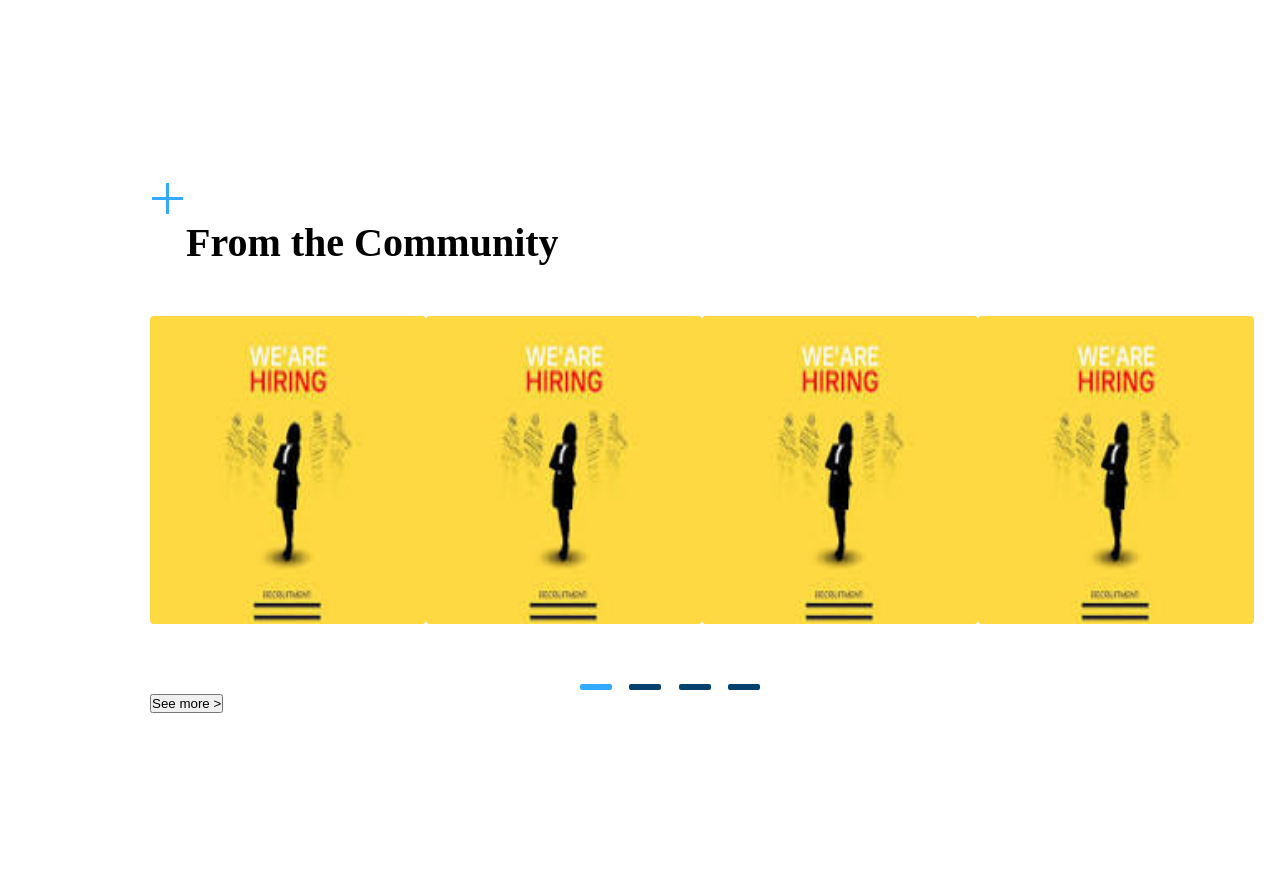
Repository: shekharyadav638/OSL_Assignment_1
Page: index.html
The author's editor kept a copy of each file at every save. The page is drawn from the files as they stood at one save, then again after the next save.
The browser window is 1280 px wide. The pictures show the whole page.
The style sheet was rebuilt from its Sass, Less or Tailwind sources for each picture, by a compiler version that may differ from the author's.

Above is the page before, as saved 2024-07-13 15:39:36.

### index.html
<!DOCTYPE html PUBLIC "-//W3C//DTD HTML 4.01 Transitional//EN" "http://www.w3.org/TR/html4/loose.dtd">
<html>
  <head>
    <meta http-equiv="Content-Type" content="text/html; charset=ISO-8859-1" />
    <title>Assignment 1</title>
    <link rel="stylesheet" href="style.css" />
    <link rel="preconnect" href="https://fonts.googleapis.com" />
    <link rel="preconnect" href="https://fonts.gstatic.com" crossorigin />
    <link
      href="https://fonts.googleapis.com/css2?family=Montserrat:ital,wght@0,100..900;1,100..900&display=swap"
      rel="stylesheet"
    />
  </head>
  <body>
    <!-- <header>
      <div class="header">
        <div class="header_left">
          <div class="header_left_logo"></div>
          <span class="header_left_title">Thinkin Blue</span>
        </div>
        <div class="header_right">
          <ul class="header_right_list">
            <li class="header_right_list_item">
              <a href="#">Home</a>
            </li>
            <li class="header_right_list_item"><a href="#">About Us</a></li>
            <li class="header_right_list_item"><a href="#">Work</a></li>
            <li class="header_right_list_item">
              <a href="#">ThinkinBlue Business</a>
            </li>
          </ul>
          <button class="header_right_btn">Login</button>
        </div>
      </div>
    </header>
    <section class="banner">
      <div class="banner_left">
       <p class="banner_left_text">The career network <br> for workers</p>
       <div class="banner_left_input">
        <input type="text" placeholder="Search Better Opportunites" class="banner_left_input_box"></input>
        <img src="img/location.svg" alt="location-icon" class="banner_left_input_icon">
       </div>
       <div class="banner_left_categories">
        <hr>
        <div class="banner_left_categories_title">100+ Job Opportunities</div>
        <div class="banner_left_categories_list">
          <div class="banner_left_categories_list_above">
            <div class="banner_left_categories_list_above_item"> Precision Production</div>
            <div class="banner_left_categories_list_above_item"> Helpers</div>
            <div class="banner_left_categories_list_above_item"> Front-line Supervisors</div>
            <div class="banner_left_categories_list_above_item"> Machine operators & Supervisors</div>
          </div>
          <div class="banner_left_categories_list_below">
            <div class="banner_left_categories_list_below_item"> Machine operators</div>
            <div class="banner_left_categories_list_below_item"> Handlers</div>
            <div class="banner_left_categories_list_below_item"> Transportation & moving occupations</div>
            <div class="banner_left_categories_list_below_item"> See all</div>
          </div>
        </div>
        <div >
          <button class="banner_left_categories_button">Join ThinkinBlue</button>
        </div>
       </div>
      </div>
      <div class="banner_right">
        <img src="img/banner_right.png" alt="banner_right" class="banner_right_img"></img>
      </div>
    </section> -->
    <section class="hiring">
      <div class="hiring_top">
        <div class="hirinf_top_icon">
          <img src="img/plus_icon.svg" alt="plus_icon" />
        </div>
        <div class="hiring_top_heading">From the Community</div>
      </div>
      <div class="hiring_body">
        <div class="hiring_body_img">
          <img src="img/hiring.jpeg" alt="hiring" />
        </div>
        <div class="hiring_body_img">
          <img src="img/hiring.jpeg" alt="hiring" />
        </div>
        <div class="hiring_body_img">
          <img src="img/hiring.jpeg" alt="hiring" />
        </div>
        <div class="hiring_body_img">
          <img src="img/hiring.jpeg" alt="hiring" />
        </div>
      </div>
      <div class="hiring_footer">
        <div class="hiring_footer_slide">
          <div class="hiring_footer_slide_1"></div>
          <div class="hiring_footer_slide_2"></div>
          <div class="hiring_footer_slide_2"></div>
          <div class="hiring_footer_slide_2"></div>
        </div>
        <div class="hiring_footer_btn"><button>See more ></button></div>
      </div>
    </section>
  </body>
</html>

### style.scss
* {
  margin: 0;
  padding: 0;
}
.body {
  width: 1440px;
  opacity: 1;
  overflow-x: hidden;
}

@import "header";
@import "banner";
@import "hiring";

### header.scss
.header {
  background: transparent;
  position: fixed;
  display: flex;
  align-content: center;
  width: 1140px;
  height: 86px;
  opacity: 1;
  margin: 16px 150px;
  &_left {
    align-items: center;
    display: flex;
    opacity: 1;

    &_logo {
      width: 52px;
      height: 52px;
      background: #ffffff 0% 0% no-repeat padding-box;
      opacity: 1;
    }

    &_title {
      padding-left: 5px;
      text-align: left;
      font: normal normal bold 21px/28px Segoe UI;
      width: 113px;
      height: 28px;
      letter-spacing: 0px;
      color: #150303;
      opacity: 1;
    }
  }

  &_right {
    margin-left: 261px;
    align-items: center;
    display: flex;
    gap: 66px;
    &_list {
      list-style: none;
      display: flex;
      gap: 76px;
      align-items: center;

      &_item {
        text-align: left;
        font: normal normal normal 14px/11px Montserrat;
        letter-spacing: 0px;
        padding: 17px 0;
        color: #ffffff;
        opacity: 1;
      }
    }
    &_btn {
      background: #ffc832 0% 0% no-repeat padding-box;
      border-radius: 4px;
      opacity: 1;
      padding: 8px 33px;
      text-align: left;
      font: normal normal 600 18px Montserrat;
      letter-spacing: 0px;
      color: #05416e;
      opacity: 1;
    }
  }
}

.banner {
  &_img {
    width: 100%;
    height: 100%;
    background-position: center;
  }
}

### _banner.scss
.banner {
  background-image: url(img/banner.png);
  width: 100%;
  height: 100vh;
  background-size: cover;
  background-position: center;
  background-repeat: no-repeat;
  display: flex;

  &_left {
    margin-top: 156px;
    margin-bottom: 80px;
    margin-left: 150px;
    &_text {
      text-align: left;
      font: normal normal bold 80px/80px Adobe Caslon Pro;
      letter-spacing: 0.8px;
      color: #ffffff;
      opacity: 1;
    }

    &_input {
      display: flex;
      align-items: center;
      margin-top: 60px;
      width: 756px;
      height: 74px;
      background: #37b5d8 0% 0% no-repeat padding-box;
      box-shadow: 0px 10px 20px #07668b;
      border-radius: 6px;

      ::placeholder {
        font: italic normal normal 28px/36px Montserrat;
        letter-spacing: 0px;
        color: #ebebeb;
        opacity: 1;
        padding-top: 13px;
        padding-bottom: 13px;
        align-content: center;
        padding-left: 24px;
      }

      &_box {
        background: #ffffff 0% 0% no-repeat padding-box;
        border-radius: 4px;
        margin-left: 8px;
        border: none;
        opacity: 1;
        width: 669px;
        height: 60px;
      }
    }

    &_categories {
      width: 717px;
      height: 112px;
      & hr {
        margin-top: 30px;
        margin-bottom: 40px;
        color: #37b5d8;
        width: 756px;
      }
      &_title {
        width: 250px;
        height: 22px;
        text-align: left;
        font: normal normal bold 18px/24px Montserrat;
        letter-spacing: 0px;
        color: #ffffff;
        opacity: 1;
      }

      &_list {
        margin-top: 15px;
        margin-right: 73px;
        &_above {
          display: flex;
          justify-content: space-between;
          &_item {
            background: #32aaff 0% 0% no-repeat padding-box;
            border: 1px solid #ffffff;
            border-radius: 20px;
            opacity: 0.8;
            height: 15 px;
            padding-left: 14px;
            padding-right: 14px;
            padding-top: 7px;
            padding-bottom: 8px;
            text-align: left;
            font: italic normal normal 12px/24px Montserrat;
            letter-spacing: 0px;
            color: #ffffff;
            opacity: 1;
          }
        }
        &_below {
          margin-top: 15px;
          margin-right: 64px;
          display: flex;
          justify-content: space-between;
          &_item {
            background: #32aaff 0% 0% no-repeat padding-box;
            border: 1px solid #ffffff;
            border-radius: 20px;
            opacity: 0.8;
            height: 15 px;
            padding-left: 14px;
            padding-right: 14px;
            padding-top: 7px;
            padding-bottom: 8px;
            text-align: left;
            font: italic normal normal 12px/24px Montserrat;
            letter-spacing: 0px;
            color: #ffffff;
            opacity: 1;
          }
        }
      }

      &_button {
        margin-top: 40px;
        width: 180px;
        height: 45px;
        background: #ffc832 0% 0% no-repeat padding-box;
        border: none;
        padding: 13px 21px;
        opacity: 1;
        font: normal normal 600 15px/15px Montserrat;
        letter-spacing: 0px;
        color: #05416e;
        opacity: 1;
      }
    }
  }

  &_right {
    &_img {
      position: absolute;
      top: 0;
      left: 650px;
      margin-top: 140px;
    }
  }
}

### _hiring.scss
.hiring {
  margin: 180px 150px;

  &_top {
    display: flex;
    flex-direction: column;
    width: 411px;
    margin-bottom: 60px;
    &_icon {
      width: 36px;
      height: 36px;
    }

    &_heading {
      margin-left: 36px;
      width: 375px;
      height: 40px;
      font: normal normal bold 40px/54px Adobe Caslon Pro;
      letter-spacing: 0px;
      color: #000000;
      opacity: 1;
    }
  }

  &_body {
    display: flex;
    justify-content: space-between;
    &_img {
      & img {
        width: 276px;
        height: 308px;
        border-radius: 4px;
        opacity: 1;
      }
    }
  }

  &_footer {
    margin-top: 60px;

    &_slide {
      display: flex;
      width: 180px;
      height: 10px;
      margin-left: 430px;
      justify-content: space-between;
      &_1 {
        width: 32px;
        height: 6px;
        background: #32aaff 0% 0% no-repeat padding-box;
        border-radius: 2px;
        opacity: 1;
      }
      &_2 {
        width: 32px;
        height: 6px;
        background: #05416e 0% 0% no-repeat padding-box;
        border-radius: 2px;
        opacity: 1;
      }
    }

    &_btn {
      justify-content: center;
      align-items: center;
    }
  }
}

After the next save:
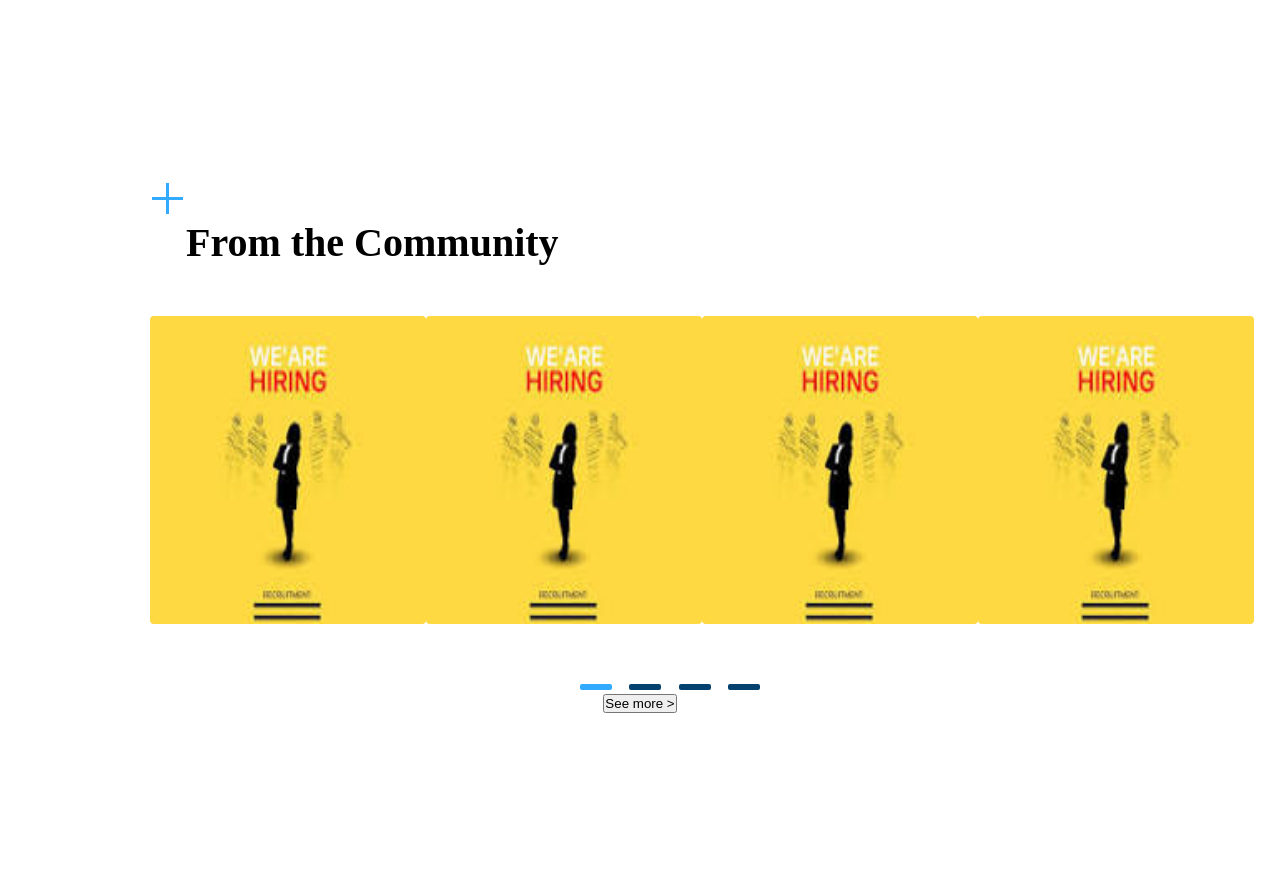
Saved 51 s later.
--- a/_hiring.scss
+++ b/_hiring.scss
@@ -61,8 +61,9 @@
     }
 
     &_btn {
+      display: flex;
+      align-items: center;
       justify-content: center;
-      align-items: center;
     }
   }
 }
